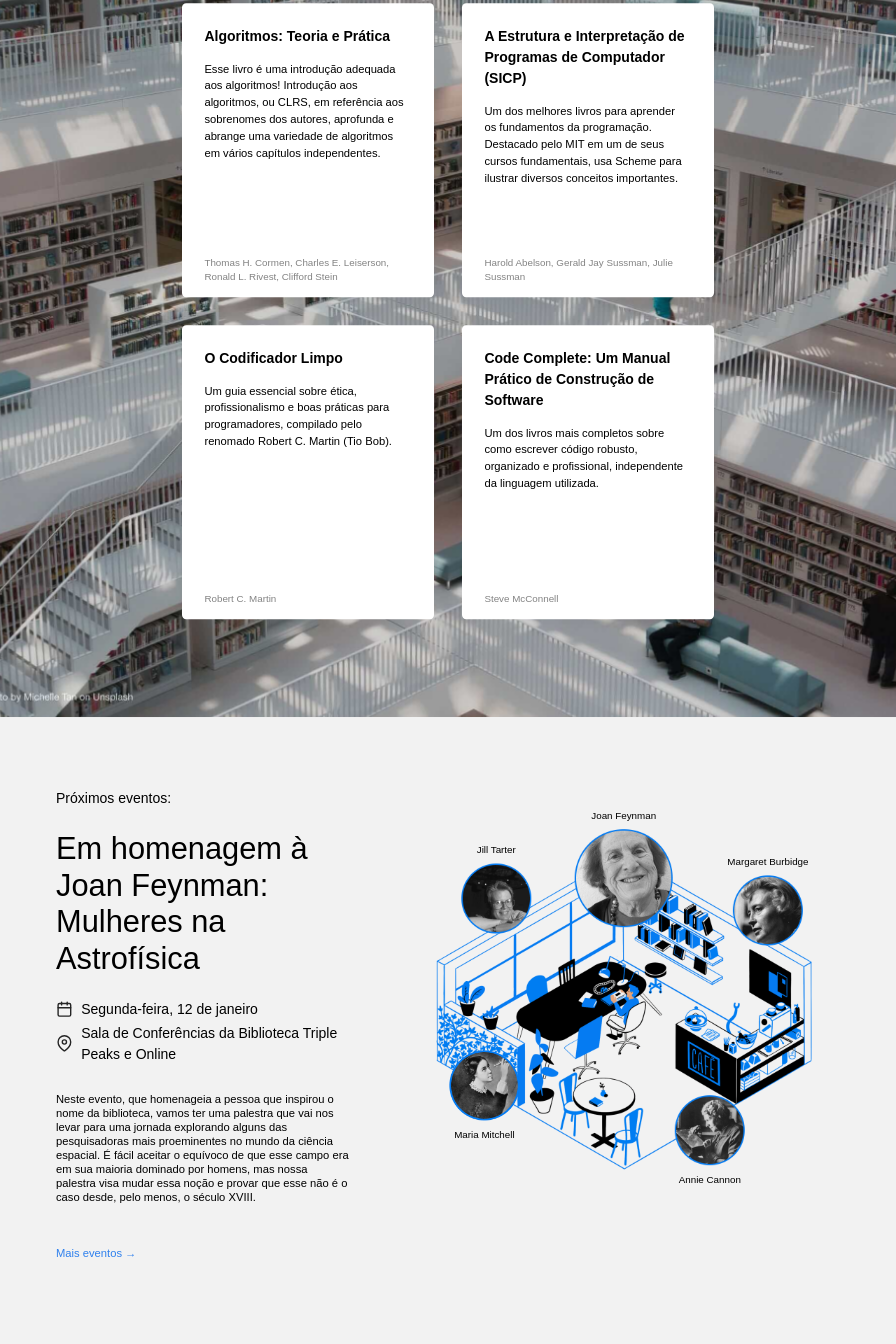
Repository: thainagomesc/web_project_library_pt
Page: index.html
The author's editor kept a copy of each file at every save. The page is drawn from the files as they stood at one save, then again after the next save.
The browser window is 1280 px wide. The pictures show the part of the page from y = 962 to 2882 px (the page is 2882 px tall), at 70% of full size.

Above is the page before, as saved 2025-12-28 21:25:16.

After the next save:
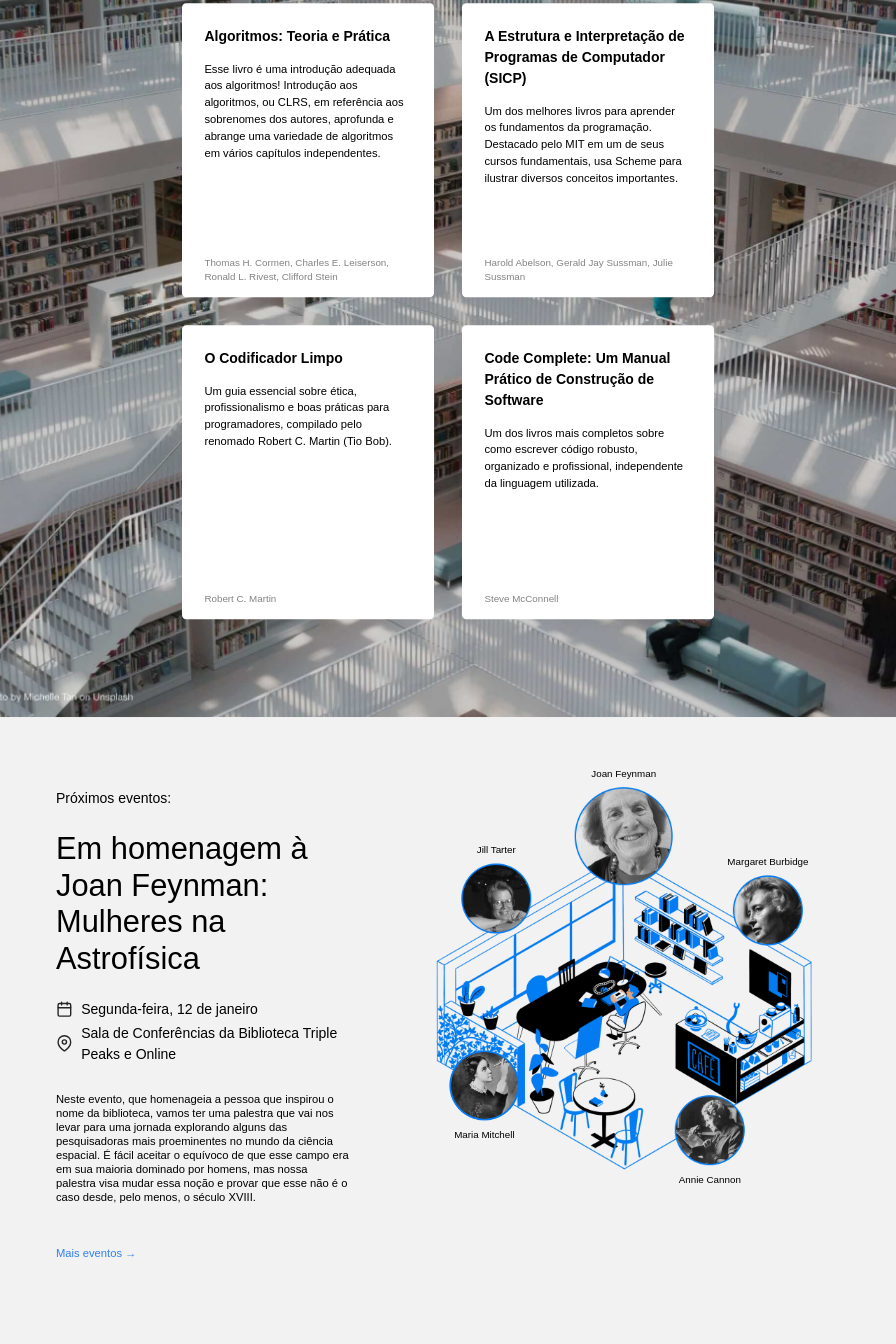
Saved 8 min 25 s later.
--- a/styles/style.css
+++ b/styles/style.css
@@ -243,7 +243,7 @@
 }
 
 .person_name_feynman {
-  top: 30px;
+  top: -30px;
   right: 319px;
   bottom: auto;
   left: auto;
